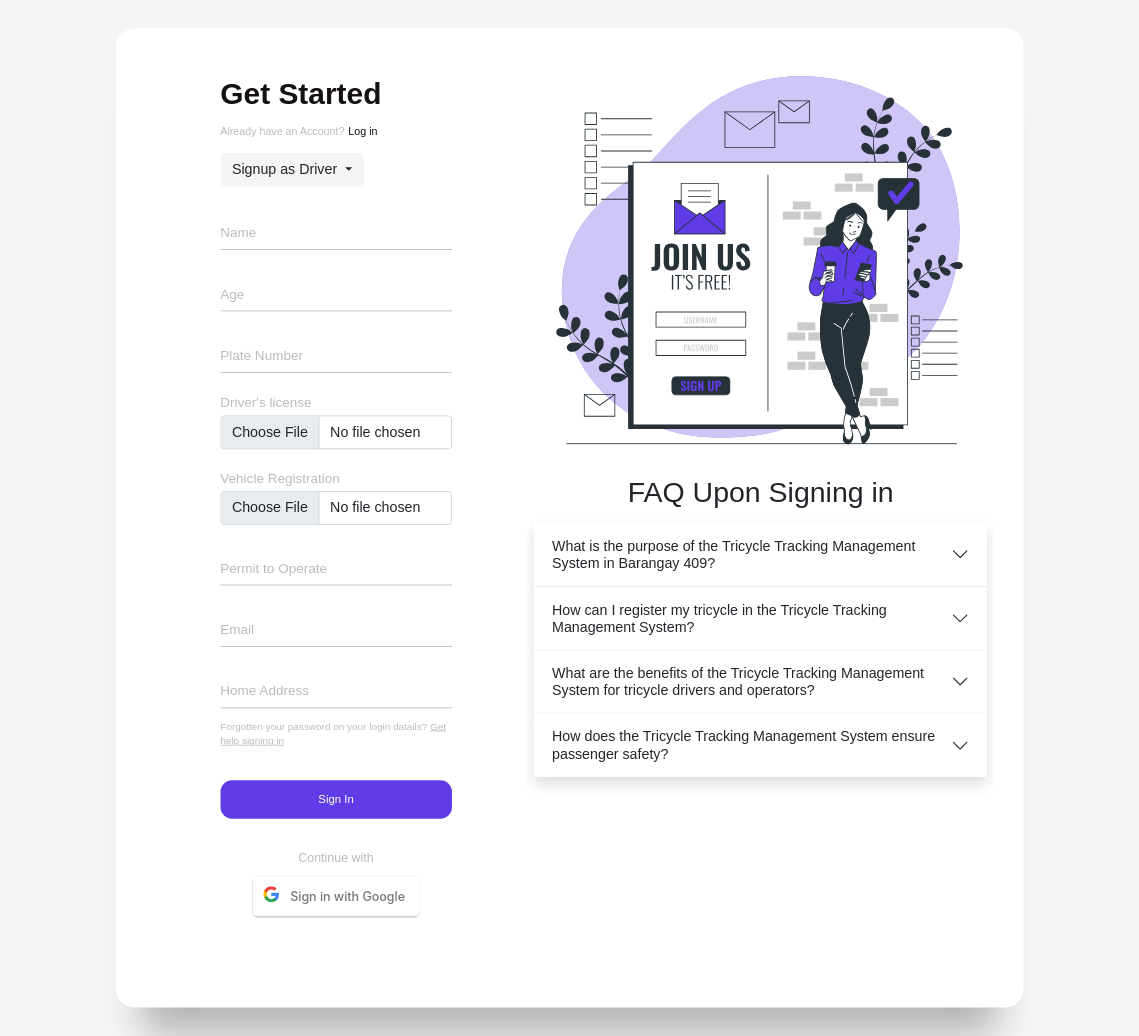
Repository: adrcstro/plate-to-place
Page: http://localhost/Loginsystem/Driverlogin.php
The author's editor kept a copy of each file at every save. The page is drawn from the files as they stood at one save, then again after the next save.
The browser window is 1280 px wide. The pictures show the whole page, at 89% of full size.
Some web fonts or font styles are not loaded; a fallback is used. Some web libraries are served in a nearby version. The page is run by PHP 8.4 with error messages shown; the project is at /var/www/html/.

Above is the page before, as saved 2023-10-31 12:42:31.

### Loginsystem/Driverlogin.php
<!DOCTYPE html>
<html lang="en">
<head>
    <meta charset="UTF-8">
    <meta name="viewport" content="width=device-width, initial-scale=1.0">
    <link rel="shortcut icon" type="x-icon" href="../images/webicon.png">
    <link rel="stylesheet" href="../css/bootstrap.min.css">
    <link rel="stylesheet" href="https://cdnjs.cloudflare.com/ajax/libs/font-awesome/6.3.0/css/all.min.css" integrity="sha512-SzlrxWUlpfuzQ+pcUCosxcglQRNAq/DZjVsC0lE40xsADsfeQoEypE+enwcOiGjk/bSuGGKHEyjSoQ1zVisanQ==" crossorigin="anonymous" referrerpolicy="no-referrer"/>
    <link rel="stylesheet" href="driver.css">

    <title>Brangay409-3WHeel-Tracking-System</title>
</head>

<body>

<main>
      <div class="box">
        <div class="inner-box">
          <div class="forms-wrap">
            <form action="index.html" autocomplete="off" class="sign-in-form">

<script>
    function changeLoginType(type) {
        document.getElementById('loginDropdown').innerText = 'Login as ' + type;
    }
</script>
              <div class="heading">
                <h2>Get Started</h2>
                <h6>Already have an Account?</h6>
                <a href="#" class="toggle" data-target="img-2">Log in</a>
              </div>



              <div class="dropdown">
    <button class="btn dropdown-toggle" type="button" data-bs-toggle="dropdown" aria-expanded="false" id="loginDropdown">
        Signup as Driver
    </button>
    <ul class="dropdown-menu">
        <li><a class="dropdown-item" href="Passenger.php" onclick="changeLoginType('Passenger')">Passenger</a></li>
        <li><a class="dropdown-item" href="Driverlogin.php" onclick="changeLoginType('Driver')">Driver</a></li>

    </ul>
</div>
<div class="formsignin">



              <div class="actual-form">
                <div class="input-wrap">
                  <input
                    type="text"
                    minlength="4"
                    class="input-field"
                    autocomplete="off"
                    required
                  />
                  <label>Name</label>
                </div>

                <div class="input-wrap">
                  <input
                    type="password"
                    minlength="4"
                    class="input-field"
                    autocomplete="off"
                    required
                  />
                  <label>Age</label>
                </div>

                <div class="input-wrap">
                  <input
                    type="text"
                    minlength="4"
                    class="input-field"
                    autocomplete="off"
                    required
                  />
                  <label>Plate Number</label>
                </div>

                <div id="Filefield" class="input-wrap">
  <label for="formFile" class="custom-label">Driver's license</label>
  <input class="form-control" type="file" id="formFile" title="Please ensure the image is clear and legible" class="custom-title">
</div>
<div id="Filefield" class="input-wrap">
  <label for="formFile" class="custom-label">Vehicle Registration</label>
  <input class="form-control" type="file" id="formFile" title="Please ensure the image is clear and legible" class="custom-title">
</div>

                <div class="input-wrap">
                  <input
                    type="text"
                    minlength="4"
                    class="input-field"
                    autocomplete="off"
                    required
                  />
                  <label>Permit to Operate</label>
                </div>
                <div class="input-wrap">
                  <input
                    type="text"
                    minlength="4"
                    class="input-field"
                    autocomplete="off"
                    required
                  />
                  <label>Email</label>
                </div>
                <div class="input-wrap">
                  <input
                    type="text"
                    minlength="4"
                    class="input-field"
                    autocomplete="off"
                    required
                  />
                  <label>Home Address</label>
                </div>
                <p class="text">
                  Forgotten your password on your login datails?

                  <a href="Forgotpassword.php" data-target="img-2">Get help signing in</a>
                </p>
                <input type="submit" value="Sign In" class="sign-btn" />
                <h5 id="textcon">Continue with</h5>
                <button type="button" class="login-with-google-btn" >
                Sign in with Google
                 </button>
              </div>
              </div>

            </form>


          </div>
          <div class="carousel">
  <div class="images-wrapper">
    <img src="../images/Signup.svg" class="image img-2 show" alt="" />
  </div>

  <div class="col-md-12">
         <h2 class="mt-2 text-center" id="FAQ">FAQ Upon Signing in</h2>
         <div class="accordion accordion-flush p-2" id="accordionFlushExample">
          <div class="accordion-item bg-white shadow">
            <h2 class="accordion-header">
              <button class="accordion-button collapsed" type="button" data-bs-toggle="collapse" data-bs-target="#flush-collapseOne" aria-expanded="false" aria-controls="flush-collapseOne">
                What is the purpose of the Tricycle Tracking Management System in Barangay 409?
              </button>
            </h2>
            <div id="flush-collapseOne" class="accordion-collapse collapse" data-bs-parent="#accordionFlushExample">
              <div class="accordion-body">The Tricycle Tracking Management System aims to streamline tricycle operations and ensure passenger safety and efficient transportation services within the barangay.</div>
            </div>
          </div>
          <div class="accordion-item shadow">
            <h2 class="accordion-header">
              <button class="accordion-button collapsed" type="button" data-bs-toggle="collapse" data-bs-target="#flush-collapseTwo" aria-expanded="false" aria-controls="flush-collapseTwo">
                How can I register my tricycle in the Tricycle Tracking Management System?
              </button>
            </h2>
            <div id="flush-collapseTwo" class="accordion-collapse collapse" data-bs-parent="#accordionFlushExample">
              <div class="accordion-body">To register your tricycle, visit the barangay office and submit the required documents, including the tricycle's registration papers, driver's license, and other necessary permits.</div>
            </div>
          </div>
          <div class="accordion-item shadow">
            <h2 class="accordion-header">
              <button class="accordion-button collapsed" type="button" data-bs-toggle="collapse" data-bs-target="#flush-collapseThree" aria-expanded="false" aria-controls="flush-collapseThree">
                What are the benefits of the Tricycle Tracking Management System for tricycle drivers and operators?
              </button>
            </h2>
            <div id="flush-collapseThree" class="accordion-collapse collapse" data-bs-parent="#accordionFlushExample">
              <div class="accordion-body">The system provides improved transparency in fare collection, enhances security measures for both drivers and passengers, and facilitates better route planning, leading to increased efficiency and profitability for tricycle operators.
              </div>
            </div>
          </div>

          <div class="accordion-item shadow">
            <h2 class="accordion-header">
              <button class="accordion-button collapsed" type="button" data-bs-toggle="collapse" data-bs-target="#flush-collapseFour" aria-expanded="false" aria-controls="flush-collapseFour">
                How does the Tricycle Tracking Management System ensure passenger safety?
              </button>
            </h2>
            <div id="flush-collapseFour" class="accordion-collapse collapse" data-bs-parent="#accordionFlushExample">
              <div class="accordion-body">The system integrates safety measures such as  Report Management, Legal Action Provider, and driver identification features, which enable swift responses to any emergency situations during tricycle rides.</div>
            </div>
          </div>



        </div>
         </div>


</div>
        </div>
      </div>
    </main>



</body>
<script src="../js/bootstrap.bundle.js"></script>
    <script src="login.js"></script>

</html>

### Loginsystem/driver.css
@import url("https://fonts.googleapis.com/css2?family=Poppins:wght@200;300;400;500;600;700;800&display=swap");
@import url('https://fonts.googleapis.com/css2?family=Advent+Pro:wght@200&display=swap');
@import url('https://fonts.googleapis.com/css2?family=Advent+Pro:wght@200&family=Montserrat+Alternates&display=swap');
@import url('http://fonts.googleapis.com/css?family=Open+Sans:400,700');
*,
*::before,
*::after {
  padding: 0;
  margin: 0;
  box-sizing: border-box;
}
#textcon{
  padding: 4px;
  text-align: center;
  color: #bababa;
  font-size: 14px;
}
.login-with-google-btn {
  transition: background-color .3s, box-shadow .3s;
  padding: 12px 16px 12px 42px;
  border: none;
  border-radius: 5px;
  box-shadow: 0 -1px 0 rgba(0, 0, 0, .04), 0 1px 1px rgba(0, 0, 0, .25);
  display: block;
    margin: auto;
  color: #757575;
  font-size: 14px;
  font-weight: 500;
  font-family: -apple-system,BlinkMacSystemFont,"Segoe UI",Roboto,Oxygen,Ubuntu,Cantarell,"Fira Sans","Droid Sans","Helvetica Neue",sans-serif;

  background-image: url(data:[embedded picture, 822 characters]);
  background-color: white;
  background-repeat: no-repeat;
  background-position: 12px 11px;

  &:hover {
    background-color: #f3f3f3b6;
  }

  &:active {
    background-color: #eeeeee;
  }
}
  &:focus {
    outline: none;
    box-shadow:
      0 -1px 0 rgba(0, 0, 0, .04),
      0 2px 4px rgba(0, 0, 0, .25),
      0 0 0 3px #c8dafc;
  }

.logo {
  text-align: center;
}
.logo br {
  font-size: 1px; /* Adjust the font size as per your requirement */
}
body,
input {
  font-family: 'Montserrat Alternates', sans-serif;

}
#loginDropdown{
  background-color: whitesmoke;
}

main {
  width: 100%;
  min-height: 100vh;
  overflow: hidden;
  background-color: whitesmoke;
  padding: 2rem;
  display: flex;
  align-items: center;
  justify-content: center;
}

.box {
  position: relative;
  width: 100%;
  max-width: 1020px;
  height: 1100px;
  background-color: #fff;
  border-radius: 1.3rem;
  box-shadow: 0 60px 40px -30px rgba(0, 0, 0, 0.27);
}

.inner-box {
  position: absolute;
  width: calc(100% - 4.1rem);
  height: calc(100% - 4.1rem);
  top: 50%;
  left: 50%;
  transform: translate(-50%, -50%);
}

.forms-wrap {
  position: absolute;
  height: 100%;
  width: 45%;
  top: 0;
  left: 0;
  display: grid;
  grid-template-columns: 1fr;
  grid-template-rows: 1fr;
  transition: 0.8s ease-in-out;
}

form {
  max-width: 260px;
  width: 100%;
  margin: 0 auto;
  height: 100%;
  display: flex;
  flex-direction: column;
  justify-content: space-evenly;
  grid-column: 1 / 2;
  grid-row: 1 / 2;
  transition: opacity 0.02s 0.4s;
  border: #aaa;
}

form.sign-up-form {
  opacity: 0;
  pointer-events: none;

}

.logo {
  display: flex;
  align-items: center;
}


.logo h4 {
  font-size: 1.1rem;
  margin-top: -9px;
  letter-spacing: -0.5px;
  color: #151111;
}

.heading h2 {
  font-size: 2.1rem;
  font-weight: 600;
  color: #151111;
}

.heading h6 {
  color: #bababa;
  font-weight: 400;
  font-size: 0.75rem;
  display: inline;
}

.toggle {
  color: #151111;
  text-decoration: none;
  font-size: 0.75rem;
  font-weight: 500;
  transition: 0.3s;
}

.toggle:hover {
  color: #8371fd;
}

.input-wrap {
  position: relative;
  height: 37px;
  margin-bottom: 2rem;
}

.input-field {
  position: absolute;
  width: 100%;
  height: 100%;
  background: none;
  border: none;
  outline: none;
  border-bottom: 1px solid #bbb;
  padding: 0;
  font-size: 0.95rem;
  color: #151111;
  transition: 0.4s;
}

label {
  position: absolute;
  left: 0;
  top: 50%;
  transform: translateY(-50%);
  font-size: 0.95rem;
  color: #bbb;
  pointer-events: none;
  transition: 0.4s;
}

.input-field.active {
  border-bottom-color: #151111;
}

.input-field.active + label {
  font-size: 0.75rem;
  top: -2px;
}
.logtext{
  margin-top: -1rem;
}
.sign-btn {
  display: inline-block;
  width: 100%;
  height: 43px;
  background-color: #603ce6;
  color: #fff;
  border: none;
  cursor: pointer;
  border-radius: 0.8rem;
  font-size: 0.8rem;
  margin-bottom: 2rem;
  transition: 0.3s;
}
.show {
  display: block;
}

.FAQESTION{
  margin-top: -3rem;
}



.hide {
  display: none;
}

.sign-btn:hover {
  background-color: #6a5cc4;
}

.text {
  color: #bbb;
  font-size: 0.7rem;
  transform: translateY(-20px);
}

.text a {
  color: #bbb;
  transition: 0.3s;

}




.text a:hover {
  color: #8371fd;
}

main.sign-up-mode form.sign-in-form {
  opacity: 0;
  pointer-events: none;
}

main.sign-up-mode form.sign-up-form {
  opacity: 1;
  pointer-events: all;
}

main.sign-up-mode .forms-wrap {
  left: 55%;
}

main.sign-up-mode .carousel {
  left: 0%;
}

.carousel {
  position: absolute;
  height: 100%;
  width: 55%;
  left: 45%;
  top: 0;
  background-color: white;
  border-radius: 2rem;
  display: grid;
  grid-template-rows: auto 1fr;
  padding-bottom: 2rem;
  overflow: hidden;
  transition: 0.8s ease-in-out;
}

.images-wrapper {
  display: grid;
  grid-template-columns: 1fr;
  grid-template-rows: 1fr;
}
.hide {
  display: none;
}
.image {
  width: 100%;
 height: 90%;
  grid-column: 1/2;
  grid-row: 1/2;
  opacity: 0;
  transition: opacity 0.3s, transform 0.5s;
}

.img-1 {
  transform: translate(0, -50px);
}

.img-2 {
  transform: scale(0.4, 0.5);
}

.img-3 {
  transform: scale(0.3) rotate(-20deg);
}

.image.show {
  opacity: 1;
  transform: none;
}

.text-slider {
  display: flex;
  align-items: center;
  justify-content: center;
  flex-direction: column;
margin-top: -4rem;

}

.text-wrap {
  max-height: 3.1rem;
  overflow: hidden;
  margin-bottom: 2.3rem;
}

.text-group {
  display: flex;
  flex-direction: column;
  text-align: center;
  transform: translateY(0);
  transition: 0.5s;
}

.text-group h2 {
  line-height: 2.2rem;
  font-weight: 600;
  font-size: 1.6rem;
}

.bullets {
  display: flex;
  align-items: center;
  justify-content: center;
  margin-top: -2.4rem;
}

.bullets span {
  display: block;
  width: 0.5rem;
  height: 0.5rem;
  background-color: #aaa;
  margin: 0 0.25rem;
  border-radius: 50%;
  cursor: pointer;
  transition: 0.3s;
}
.dropdown{
  margin-top: -6rem;
}
.actual-form{
  margin-top: -6rem;
}
.bullets span.active {
  width: 1.1rem;
  background-color: #151111;
  border-radius: 1rem;
}
.actual-form{
  margin-top: 20px;
  }
  .col-md-12{
    margin-top: -4rem;
  }

  .sign-in-form{
    margin-top: -4rem;
  }
.formsignin{
  margin-top: -6rem;
}
#Filefield{
  margin-top: 3rem;
}
.custom-label{
  margin-top: -2rem;
}

.sign-in-form{
  margin-top: -1.5rem;
}
.dropdown{
  margin-top: -2rem;
}
.formsignin{
  margin-top: -2rem;
}

@media (max-width: 850px) {
  .box {
    height: auto;
    max-width: 550px;
    overflow: hidden;
  }

  .inner-box {
    position: static;
    transform: none;
    width: revert;
    height: revert;
    padding: 2rem;
  }

  .forms-wrap {
    position: revert;
    width: 100%;
    height: auto;
  }

  form {
    max-width: revert;
    padding: 1.5rem 2.5rem 2rem;
    transition: transform 0.8s ease-in-out, opacity 0.45s linear;
  }

  .heading {
    margin: 2rem 0;
  }

  form.sign-up-form {
    transform: translateX(100%);
  }

  main.sign-up-mode form.sign-in-form {
    transform: translateX(-100%);
  }

  main.sign-up-mode form.sign-up-form {
    transform: translateX(0%);
  }

  .carousel {
    position: revert;
    height: auto;
    width: 100%;
    padding: 3rem 2rem;
    display: flex;
  }

  .images-wrapper {
    display: none;
  }

  .text-slider {
    width: 100%;
  }

  .text-slider{
    margin-top: 3rem;
}
.actual-form{
margin-top: 2rem;
}
.col-md-12{
  margin-top: -3rem;
}
.dropdown{
  margin-top: -1rem;
}
.sign-in-form{
  margin-top: -1rem;
}

.formsignin{
  margin-top: 1rem;
}


}

@media (max-width: 528px) {
  main {
    padding: 1rem;
  }

  .box {
    border-radius: 2rem;
  }

  .inner-box {
    padding: 1rem;
  }

  .carousel {
    padding: 1.5rem 1rem;
    border-radius: 1.6rem;
  }

  .text-wrap {
    margin-bottom: 1rem;
  }

  .text-group h2 {
    font-size: 1.2rem;
  }

  form {
    padding: 1rem 2rem 1.5rem;
  }

  .bullets{
    margin-top: -1rem;
}
.col-md-12{
  margin-top: 1rem;
}


}








@media (max-width: 390px) {
    .text-slider{
        margin-top: 2rem;
    }

}

### Loginsystem/login.js
const inputs = document.querySelectorAll(".input-field");
const toggle_btn = document.querySelectorAll(".toggle");
const main = document.querySelector("main");
const bullets = document.querySelectorAll(".bullets span");
const images = document.querySelectorAll(".image");

inputs.forEach((inp) => {
  inp.addEventListener("focus", () => {
    inp.classList.add("active");
  });
  inp.addEventListener("blur", () => {
    if (inp.value != "") return;
    inp.classList.remove("active");
  });
});

toggle_btn.forEach((btn) => {
  btn.addEventListener("click", () => {
    main.classList.toggle("sign-up-mode");
  });
});

function moveSlider() {
  let index = this.dataset.value;

  let currentImage = document.querySelector(`.img-${index}`);
  images.forEach((img) => img.classList.remove("show"));
  currentImage.classList.add("show");

  const textSlider = document.querySelector(".text-group");
  textSlider.style.transform = `translateY(${-(index - 1) * 2.2}rem)`;

  bullets.forEach((bull) => bull.classList.remove("active"));
  this.classList.add("active");
}

bullets.forEach((bullet) => {
  bullet.addEventListener("click", moveSlider);
});

document.addEventListener('DOMContentLoaded', function () {
  const toggleLinks = document.querySelectorAll('.toggle');
  toggleLinks.forEach(function(toggleLink) {
    toggleLink.addEventListener('click', function (event) {
      event.preventDefault();
      const targetId = toggleLink.getAttribute('data-target');
      const textSlider = document.querySelector('.text-group');
      if (targetId === 'img-1') {
        const targetText = 'Get Started';
        textSlider.innerHTML = `<h2>${targetText}</h2>`;
      } else if (targetId === 'img-2') {
        const targetText = 'Join us';
        textSlider.innerHTML = `<h2>${targetText}</h2>`;
      }
    });
  });
});

Loaded but not shown: css/bootstrap.min.css (library); js/bootstrap.bundle.js (library); Images/Signup.svg (1 lines, source omitted)

After the next save:
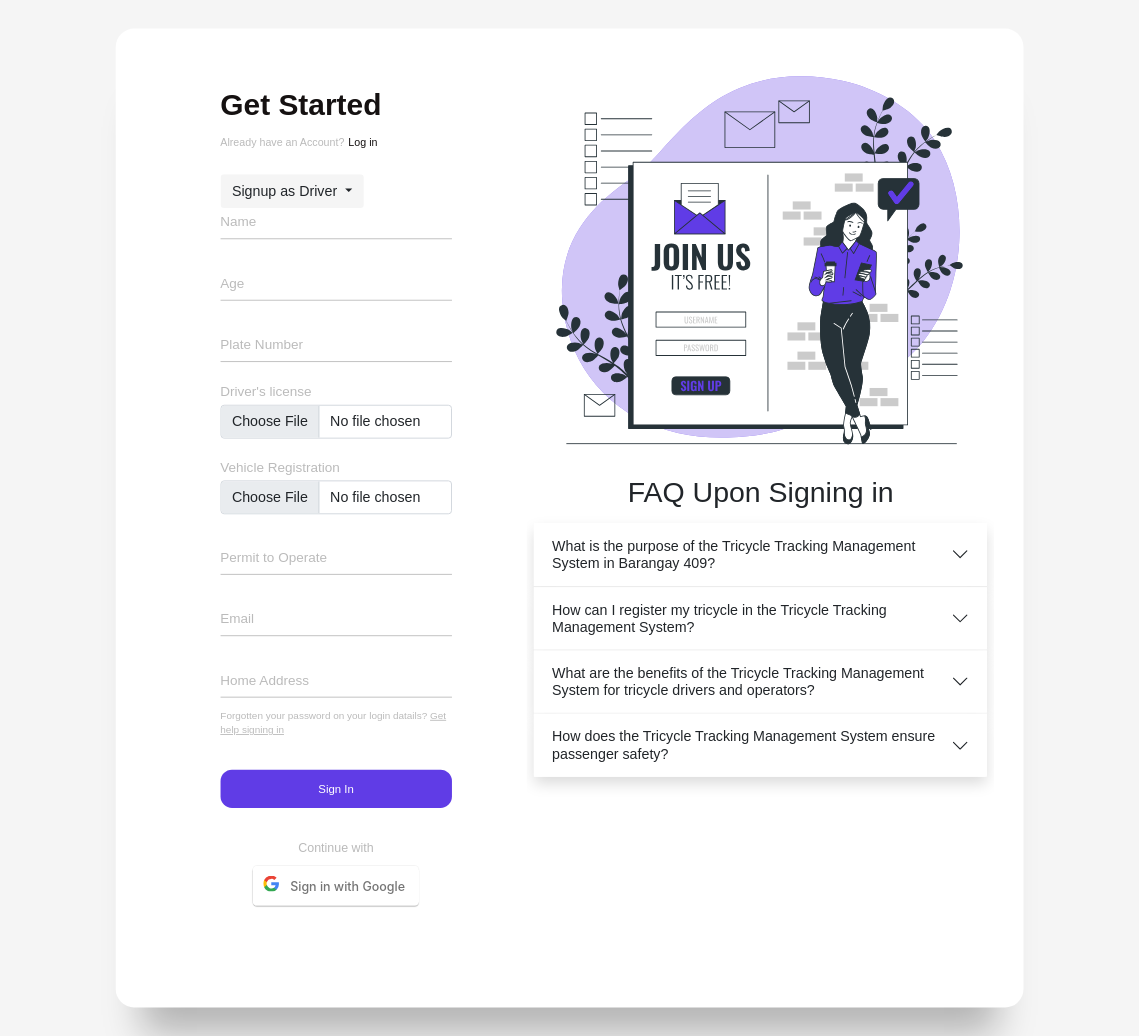
Saved 9 s later.
--- a/Loginsystem/driver.css
+++ b/Loginsystem/driver.css
@@ -407,7 +407,7 @@ margin-top: -4rem;
   margin-top: -2rem;
 }
 .formsignin{
-  margin-top: -2rem;
+  margin-top: -5rem;
 }
 
 @media (max-width: 850px) {
